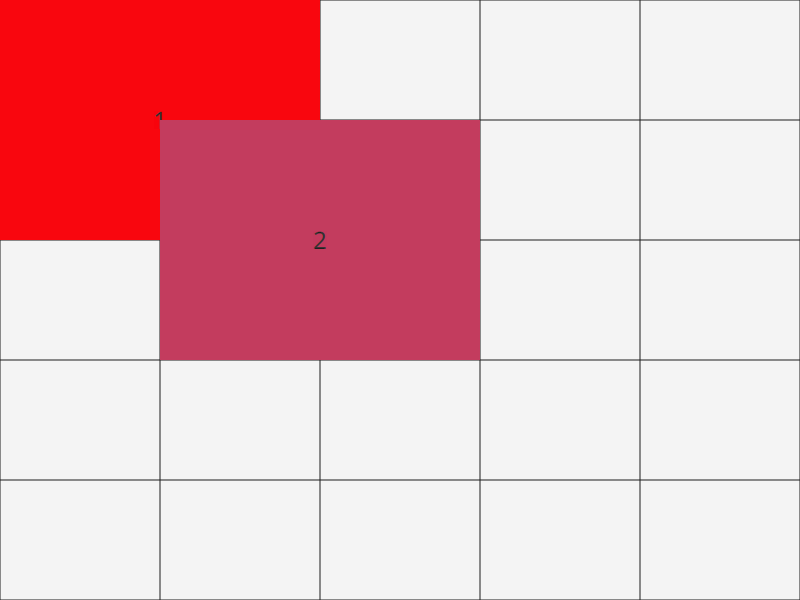
Repository: fredoluzjr/Java-Udemy
Program's window: java Workspace/exercicios-javafx/src/layout/AppLayout.java
The author's editor kept a copy of each file at every save. The program's window is drawn from the files as they stood at one save, then again after the next save.
It runs on Java 21 on a 1366 x 768 screen with JavaFX 11; the title bar is not drawn.

Above is the program's window before, as saved 2021-07-08 23:30:59.

### Workspace/exercicios-javafx/src/layout/AppLayout.java
package layout;

import javafx.application.Application;
import javafx.scene.Parent;
import javafx.scene.Scene;
import javafx.stage.Stage;

public class AppLayout extends Application{

	@Override
	public void start(Stage primaryStage) throws Exception {
		Parent raiz = null;

		raiz = new TesteAnchorPane();
		raiz = new TesteBorderPane();
		raiz = new TesteFlowPane();
		raiz = new TesteGridPane();

		//Scene principal = new Scene(new TesteAnchorPane(), 800, 600);
		Scene principal = new Scene(raiz, 800, 600);

		primaryStage.setScene(principal);
		primaryStage.setTitle("Gerenciadores de Layout");
		primaryStage.show();
	}

	public static void main(String[] args) {
		launch(args);
	}
}

### Workspace/exercicios-javafx/src/layout/TesteGridPane.java
package layout;

import javafx.scene.layout.ColumnConstraints;
import javafx.scene.layout.GridPane;
import javafx.scene.layout.RowConstraints;

public class TesteGridPane extends GridPane{

	public TesteGridPane() {

		Caixa c1 = new Caixa().comTexto("1");
		Caixa c2 = new Caixa().comTexto("2");
		Caixa c3 = new Caixa().comTexto("3");
		Caixa c4 = new Caixa().comTexto("4");
		Caixa c5 = new Caixa().comTexto("5");
		Caixa c6 = new Caixa().comTexto("6");

		setGridLinesVisible(true);

		getColumnConstraints().addAll(cc(), cc(), cc(), cc(), cc());
		getRowConstraints().addAll(rc(), rc(), rc(), rc(), rc());

		add(c1, 0, 0, 2, 2);
		add(c2, 1, 1, 2, 2);
	}

	private ColumnConstraints cc() {
		ColumnConstraints cc = new ColumnConstraints();
		cc.setPercentWidth(20);
		cc.setFillWidth(true);
		return cc;
	}

	private RowConstraints rc() {
		RowConstraints rc = new RowConstraints();
		rc.setPercentHeight(20);
		rc.setFillHeight(true);
		return rc;
	}
}

### Workspace/exercicios-javafx/src/layout/TesteAnchorPane.java
package layout;

import javafx.geometry.Pos;
import javafx.scene.layout.AnchorPane;
import javafx.scene.layout.HBox;

public class TesteAnchorPane extends AnchorPane{

	public TesteAnchorPane() {

		Quadrado q1 = new Quadrado();
		setTopAnchor(q1, 10.0);
		setLeftAnchor(q1, 10.0);

		Quadrado q2 = new Quadrado();
		setTopAnchor(q2, 10.0);
		setRightAnchor(q2, 10.0);

		Quadrado q3 = new Quadrado();
		setBottomAnchor(q3, 10.0);
		setLeftAnchor(q3, 10.0);

		Quadrado q4 = new Quadrado();
		setBottomAnchor(q4, 10.0);
		setRightAnchor(q4, 10.0);

		HBox centro = new HBox();
		centro.setAlignment(Pos.CENTER);
		setTopAnchor(centro, 110.0);
		setBottomAnchor(centro, 110.0);
		setLeftAnchor(centro, 110.0);
		setRightAnchor(centro, 110.0);

		Quadrado q5 = new Quadrado();
		centro.getChildren().add(q5);

		getChildren().addAll(q1, q2, q3, q4, centro);
	}
}

### Workspace/exercicios-javafx/src/layout/Quadrado.java
package layout;

import javafx.scene.paint.Color;
import javafx.scene.shape.Rectangle;

public class Quadrado extends Rectangle {

private static int i = 0;

	public String[] cores = {
		"#c33c5e", "#39aac6", "#28d79d",
		"#fb750e", "#6657a8", "#f9060e"
	};

	public Quadrado() {
		this(100, 100);
	}

	public Quadrado(int largura, int altura) {

		setWidth(largura);
		setHeight(altura);

		setFill(Color.web(cores[i]));

		i++;
		if(i == 6) i = 0;
	}
	}

### Workspace/exercicios-javafx/src/layout/TesteBorderPane.java
package layout;

import javafx.scene.layout.BorderPane;

public class TesteBorderPane extends BorderPane{

	public TesteBorderPane() {

		Caixa c1 = new Caixa().comTexto("Topo");
		setTop(c1);

		Caixa c2 = new Caixa().comTexto("Esquerda");
		setLeft(c2);

		Caixa c3 = new Caixa().comTexto("Direita");
		setRight(c3);

		Caixa c4 = new Caixa().comTexto("Fundo");
		setBottom(c4);

		Caixa c5 = new Caixa().comTexto("Área Central");
		setCenter(c5);
	}
}

### Workspace/exercicios-javafx/src/layout/Caixa.java
package layout;

import javafx.geometry.Insets;
import javafx.geometry.Pos;
import javafx.scene.control.Label;
import javafx.scene.layout.Background;
import javafx.scene.layout.BackgroundFill;
import javafx.scene.layout.CornerRadii;
import javafx.scene.layout.HBox;
import javafx.scene.paint.Color;
import javafx.scene.text.Font;

public class Caixa extends HBox {

	private static int i = 0;

	public String[] cores = {
		"#c33c5e", "#39aac6", "#28d79d",
		"#fb750e", "#6657a8", "#f9060e"
	};

	public Caixa() {
		this(100, 100);
	}

	public Caixa(int largura, int altura) {
		setAlignment(Pos.CENTER);

		setMinWidth(largura);
		setMinHeight(altura);

		BackgroundFill fill = new BackgroundFill(Color.web(cores[i]), CornerRadii.EMPTY, Insets.EMPTY);
		setBackground(new Background(fill));

		i++;
		if(i == 6) i = 0;
	}

	public Caixa comTexto(String texto) {
		Label label = new Label(texto);
		label.setFont(new Font(24));
		getChildren().add(label);
		return this;
	}
}

### Workspace/exercicios-javafx/src/layout/TesteFlowPane.java
package layout;

import javafx.geometry.Insets;
import javafx.geometry.Orientation;
import javafx.geometry.Pos;
import javafx.scene.layout.FlowPane;

public class TesteFlowPane extends FlowPane{

	public TesteFlowPane() {
		Quadrado q1 = new Quadrado();
		Quadrado q2 = new Quadrado();
		Quadrado q3 = new Quadrado();
		Quadrado q4 = new Quadrado();
		Quadrado q5 = new Quadrado();

		setHgap(10);
		setVgap(10);
		setPadding(new Insets(10));

		setOrientation(Orientation.VERTICAL);
		setAlignment(Pos.CENTER_RIGHT);

		getChildren().addAll(q1, q2, q3, q4, q5);
	}
}

After the next save:
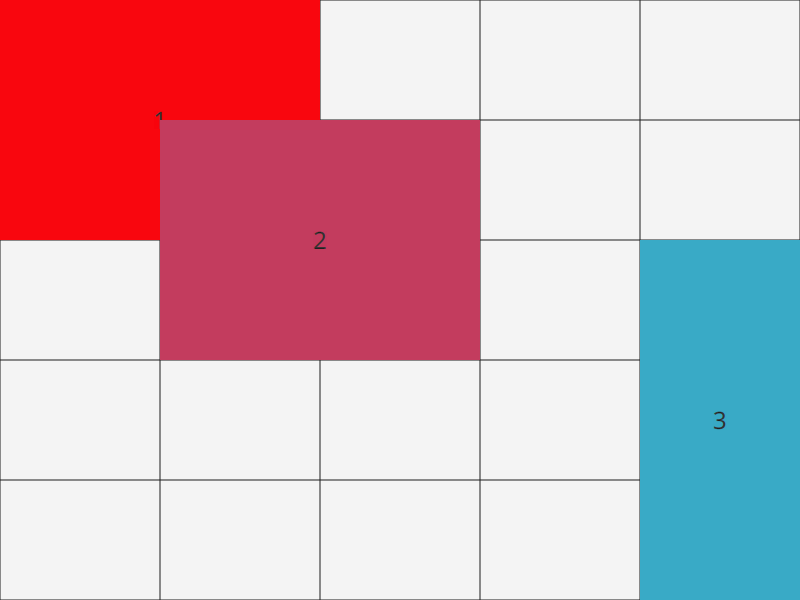
Saved 33 s later.
--- a/Workspace/exercicios-javafx/src/layout/TesteGridPane.java
+++ b/Workspace/exercicios-javafx/src/layout/TesteGridPane.java
@@ -22,6 +22,7 @@
 
 		add(c1, 0, 0, 2, 2);
 		add(c2, 1, 1, 2, 2);
+		add(c3, 4, 2, 1, 3);
 	}
 
 	private ColumnConstraints cc() {
